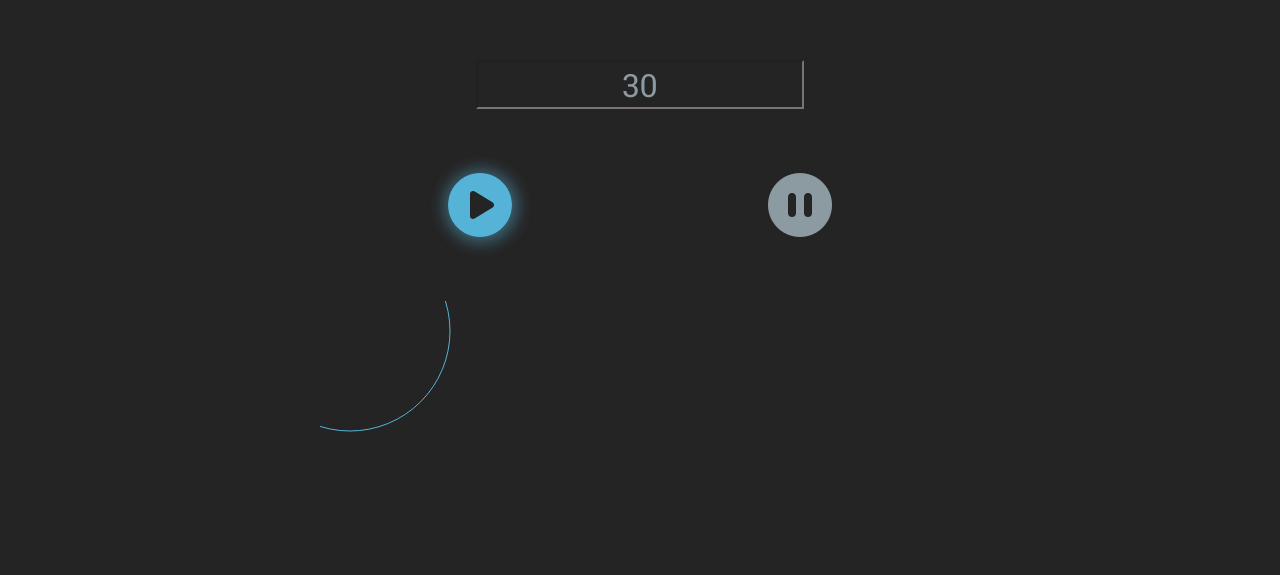
Repository: Sbethm/javascript-challenges
Page: index.html
These files come from the project's save history. The page is drawn as it stood at one moment and after the next save; the edit follows.
The browser window is 1280 px wide. The pictures show the whole page.
Some web libraries are served in a nearby version. The style sheet was rebuilt from its Sass, Less or Tailwind sources for each picture, by a compiler version that may differ from the author's.

Above is the page before, as saved 2021-09-17 15:40:15.

After the next save:
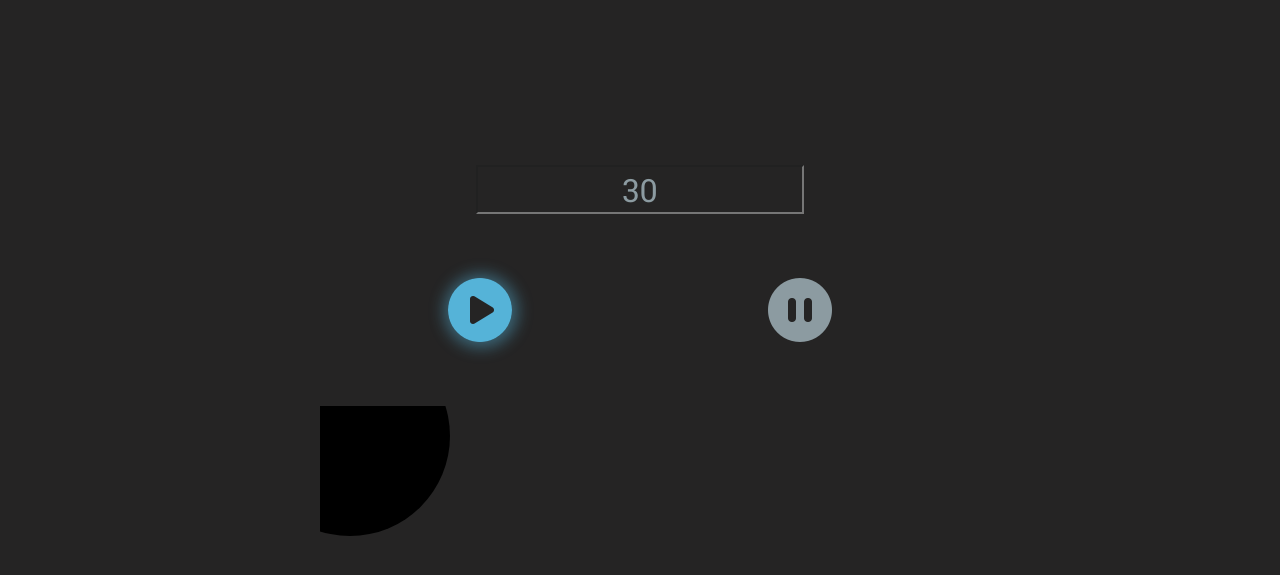
Saved 27 s later.
--- a/SCSS/main.scss
+++ b/SCSS/main.scss
@@ -12,16 +12,7 @@
     justify-content: center;
 }
 
-svg{
-    width: 100%;
-    height: 50vh;
 
-
-    & circle {
-        fill: rgb(37, 36, 36);
-        stroke: $activeColor;
-    }
-}
 
 
 .container {

After the save that followed:
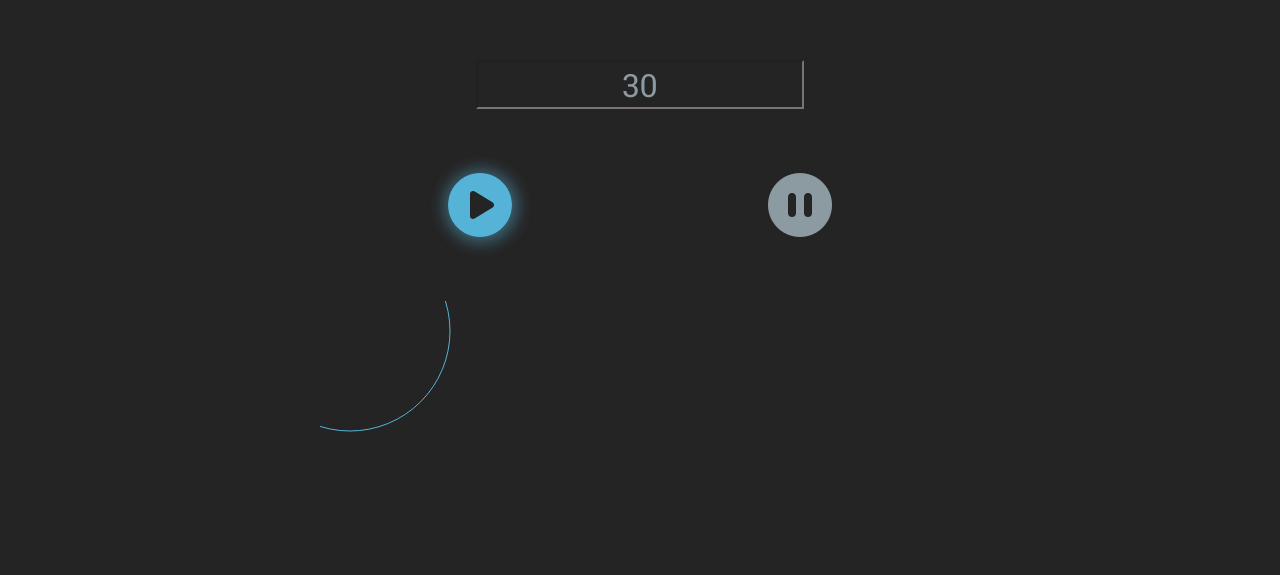
Saved 4 s later.
--- a/SCSS/main.scss
+++ b/SCSS/main.scss
@@ -25,6 +25,17 @@
     //Used to style Input font
     font-family: 'Roboto Slab', serif;
     font-size: 2rem;
+}
+
+svg{
+    width: 100%;
+    height: 50vh;
+
+
+    & circle {
+        fill: rgb(37, 36, 36);
+        stroke: $activeColor;
+    }
 }
 
 input {
